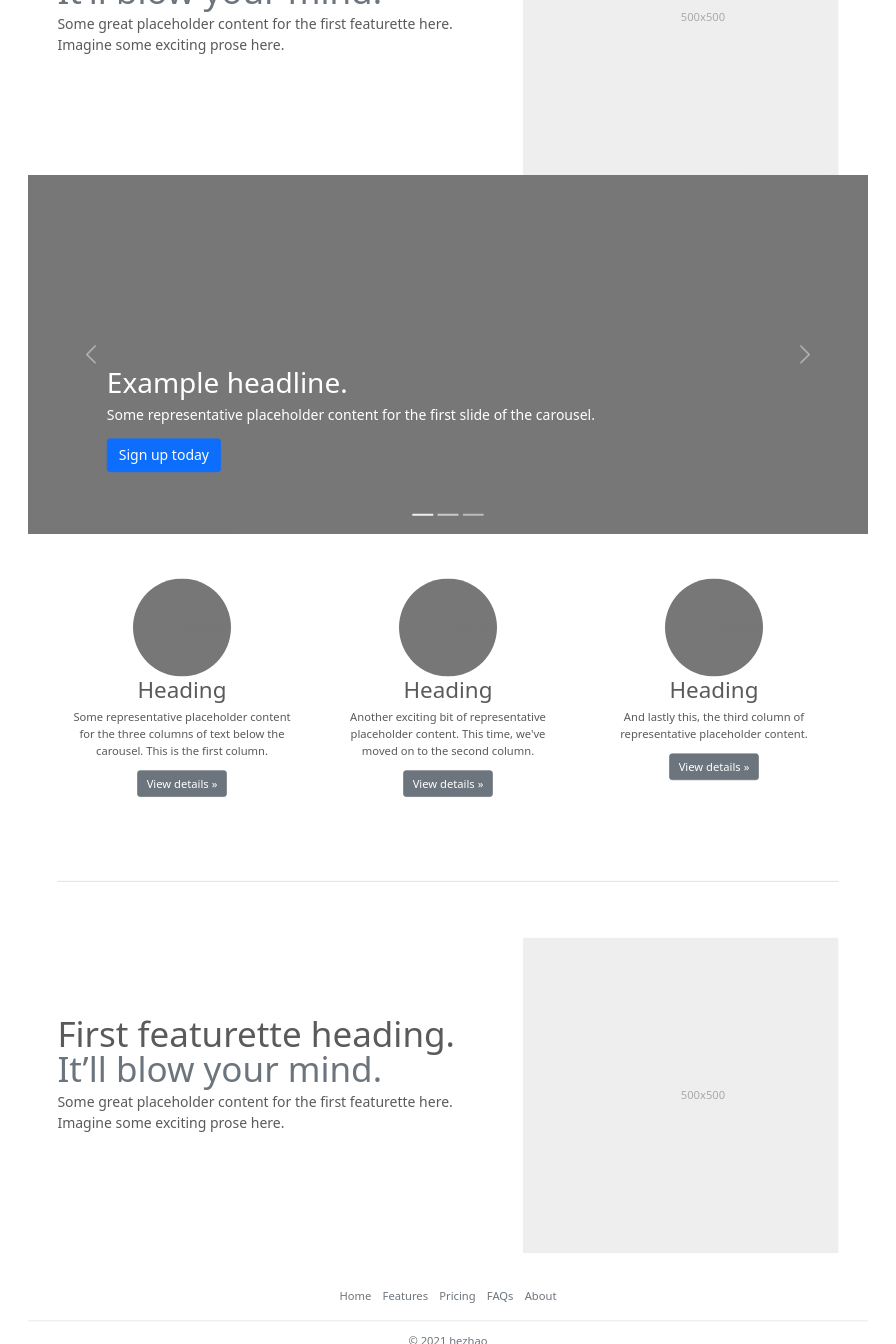
Repository: HeZhao-hugh/personal-web
Page: index.html
The author's editor kept a copy of each file at every save. The page is drawn from the files as they stood at one save, then again after the next save.
The browser window is 1280 px wide. The pictures show the part of the page from y = 1419 to 3339 px (the page is 3450 px tall before and 1910 px after), at 70% of full size.

Above is the page before, as saved 2022-01-19 18:23:28.

After the next save:
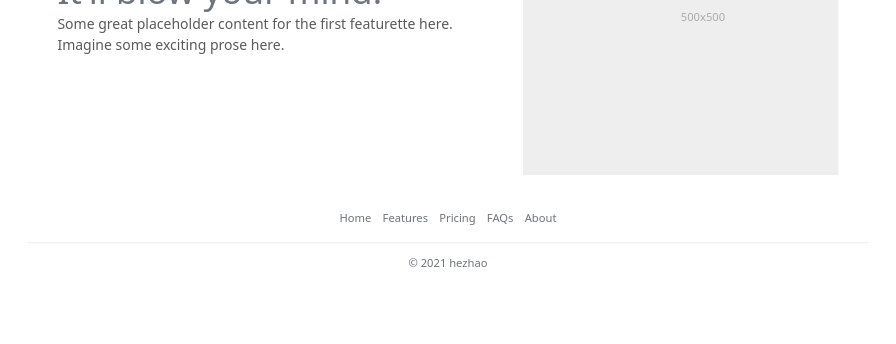
Saved 9 s later.
--- a/index.html
+++ b/index.html
@@ -253,7 +253,7 @@
             </div>
 
             <!-- home2 -->
-            <div id="Home" class="page page--active">
+            <div id="Home" class="page">
                 <div id="myCarousel" class="carousel slide" data-bs-ride="carousel">
                     <div class="carousel-indicators">
                         <button type="button" data-bs-target="#myCarousel" data-bs-slide-to="0" class="active"
